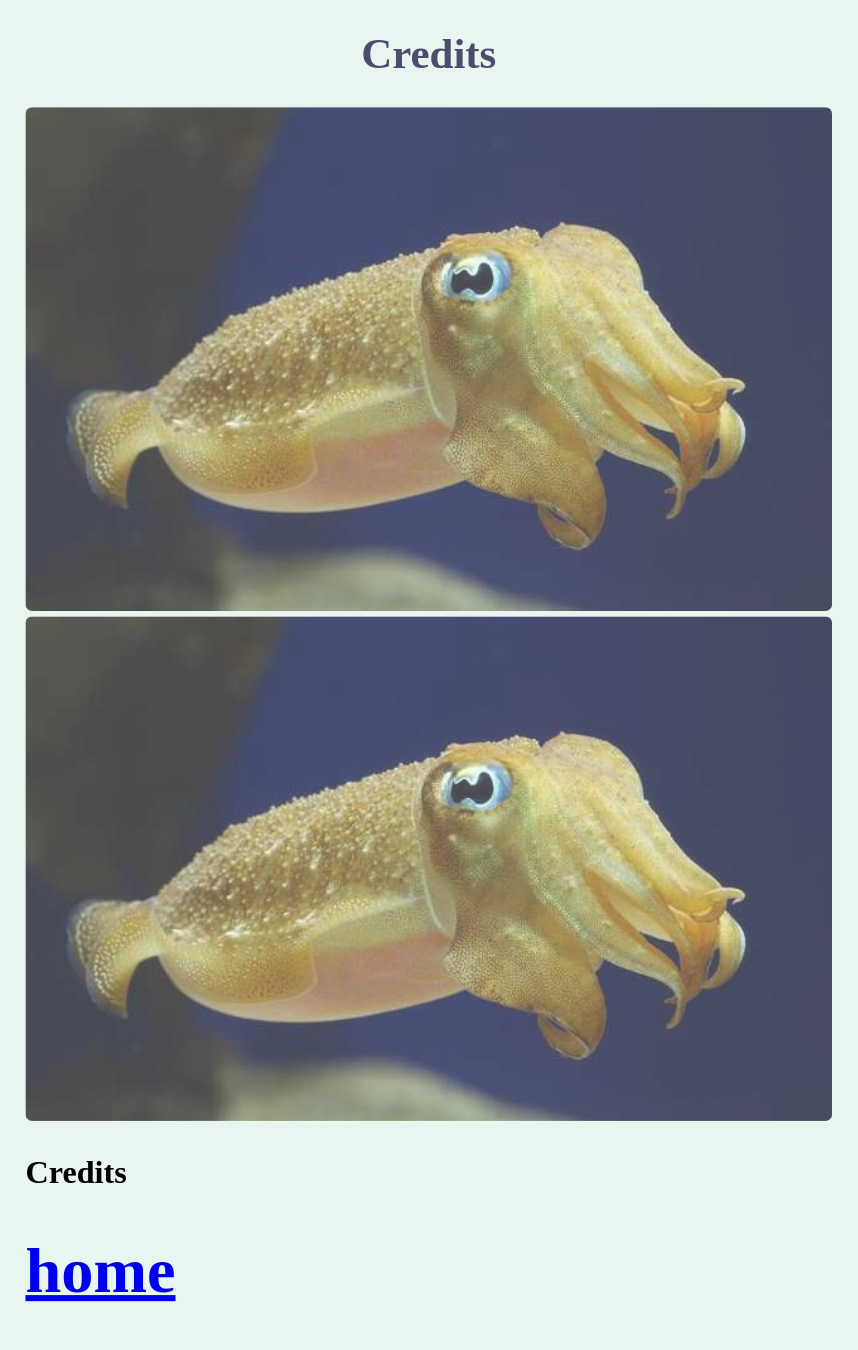
Repository: neomort/comm-lab-vid-site
Page: credits.html
These files come from the project's save history. The page is drawn as it stood at one moment and after the next save; the edit follows.
The browser window is 1280 px wide. The pictures show the whole page, at 67% of full size.

Above is the page before, as saved 2021-09-23 15:50:59.

### credits.html
<!DOCTYPE html>

<head>
<title>Watch the movie</title>
<link rel="icon" href="images/chicken.png"/>
<link rel="stylesheet" href="./css/styles.css" />
</head>

<body class="bg-2">
  <div >
    <h1 class="header-text text-dark font">Credits<h1>
    <div class="default-margin">
      <div class="row">
        <a class="bar" href="watch.html">
         <div class="container bar">
          <img class="image-1" src="images/cuddle.jpg" />
          <H1 class="font centered-text text-light show">Watch</H1>
        </div>
      </a>
      </div>
      <div class="row">
      <a class="bar" href="links.html">
        <div class="container">
          <img class="image-1" src="images/cuddle.jpg" />
          <H1 class="font centered-text text-light show">Explore</H1>
        </div>
      </a>
      </div>
  <h2>Credits<h2>
    <a href="index.html"><h1>home</h1></a>
  </div>
  </div>
</body>

### css/styles.css
/* background colors */
/* color scheme */
.bg-1 {
  /* Yellow */
  background: #FFE194;
}

.bg-2 {
  /* Light */
  background: #E8F6EF;
}

.bg-3 {
  /* medium */
  background: #B8DFD8;
}

.bg-4 {
  /* dark */
  background: #4C4C6D;
}

.text-light {
  /* Light */
  color: #E8F6EF;
}

.text-dark {
  /* dark */
  color: #4C4C6D;
}

.font {
  font-family: Poppins;
}



/* flex properties */

.row {
  display: flex;
}

.column {
  flex: 50%;
  padding: 10px;
}

.column-2 {
  flex: 50%;
  padding: 10px;
  align-content: end;
}

.default-margin{
  margin: 30px;

}

/* fancy container button */

.container {
  position: relative;
  text-align: center;
  opacity: 70%;
  transition: 0.3s;
}

.container img{
  border-radius: 10px;
  width: 100%;
  opacity: 100%;
  transition: 0.3s;
}

.container:hover {
  position: relative;
  text-align: center;
  opacity: 100%;
  transition: 0.3s;
}

.container:hover .show{
  opacity: 1;
}

.show {
  opacity: 0;
  transition: 0.3s;
}

/* iframe box */

.frame {
  padding-top: 56.25%;
  position:relative;
}

.bar {
  width: 100%;
}

.header-text {
  font-size: 4em;
  position: relative;
  text-align: center;

}

.bottom {
  vertical-align: sub;
}


/* .drop-container{
  object-fit: cover;
  position: relative;
  text-align: center;
  opacity: 70%;
  transition: 0.3s;
}

.image-2{
  object-fit: cover;
  border-radius: 10px;
  width: 1000px;
  opacity: 100%;

  transition: 0.3s;
}

.drop-container:hover .image-2{
  object-fit: cover;
  border-radius: 10px;
  width: 100%;
  opacity: 100%;
  height: 300px;
  transition: 0.3s;
} */







.centered-text {
  position: absolute;
  top: 10%;
  left: 50%;
  transform: translate(-50%, -50%);
}

.mirror {
  transform: scaleX(-1);
}

.centered-animation {
  position: absolute;
  top: 50%;
  left: 50%;
  transform: translate(-50%, -10%);
}

#Connectline1_lottie_container {
  width: 100%;
}

#Connectline1_lottie_container svg {
  pointer-events: none;
}

.hidden {
  display: none;
}

.space {
  height:50em;
}

#fade-container {
opacity: 1;
}

After the next save:
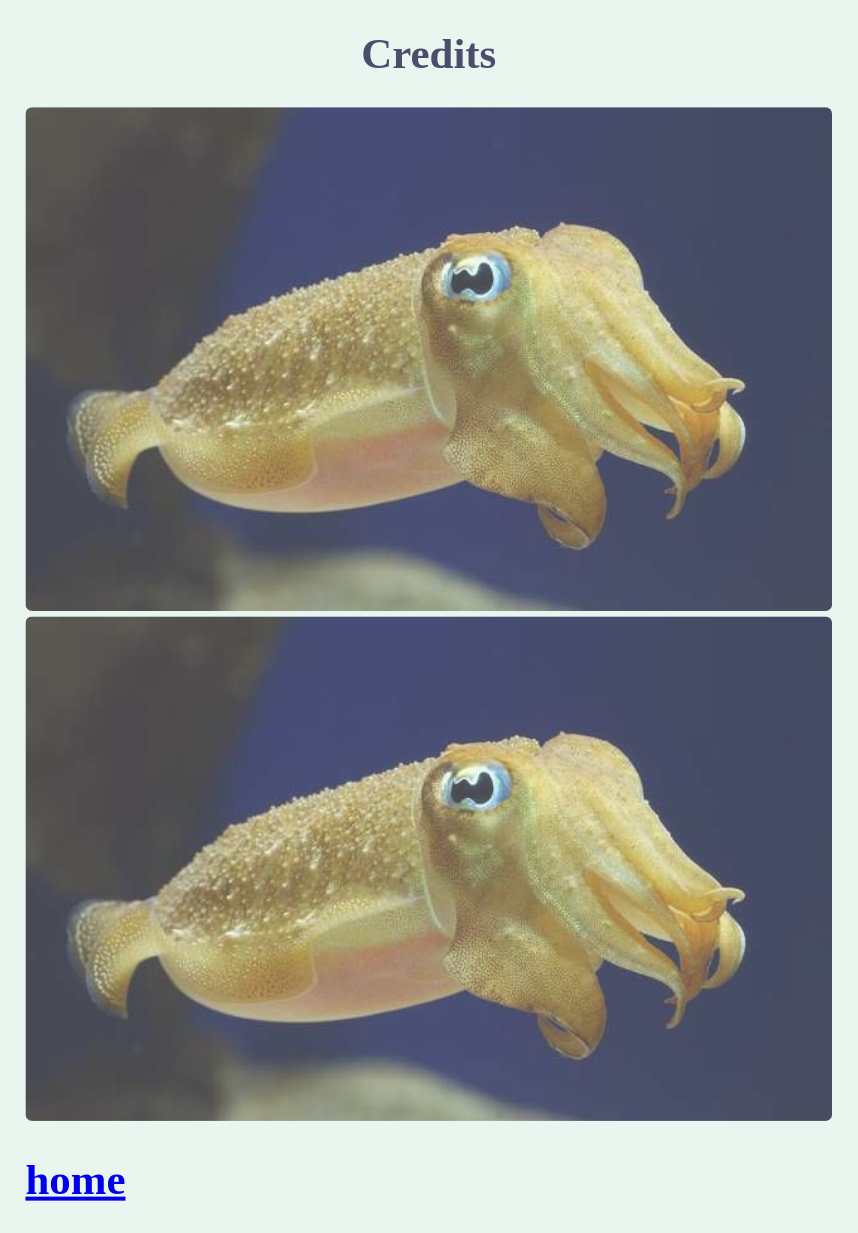
Saved 54 s later.
--- a/credits.html
+++ b/credits.html
@@ -26,7 +26,6 @@
         </div>
       </a>
       </div>
-  <h2>Credits<h2>
     <a href="index.html"><h1>home</h1></a>
   </div>
   </div>
